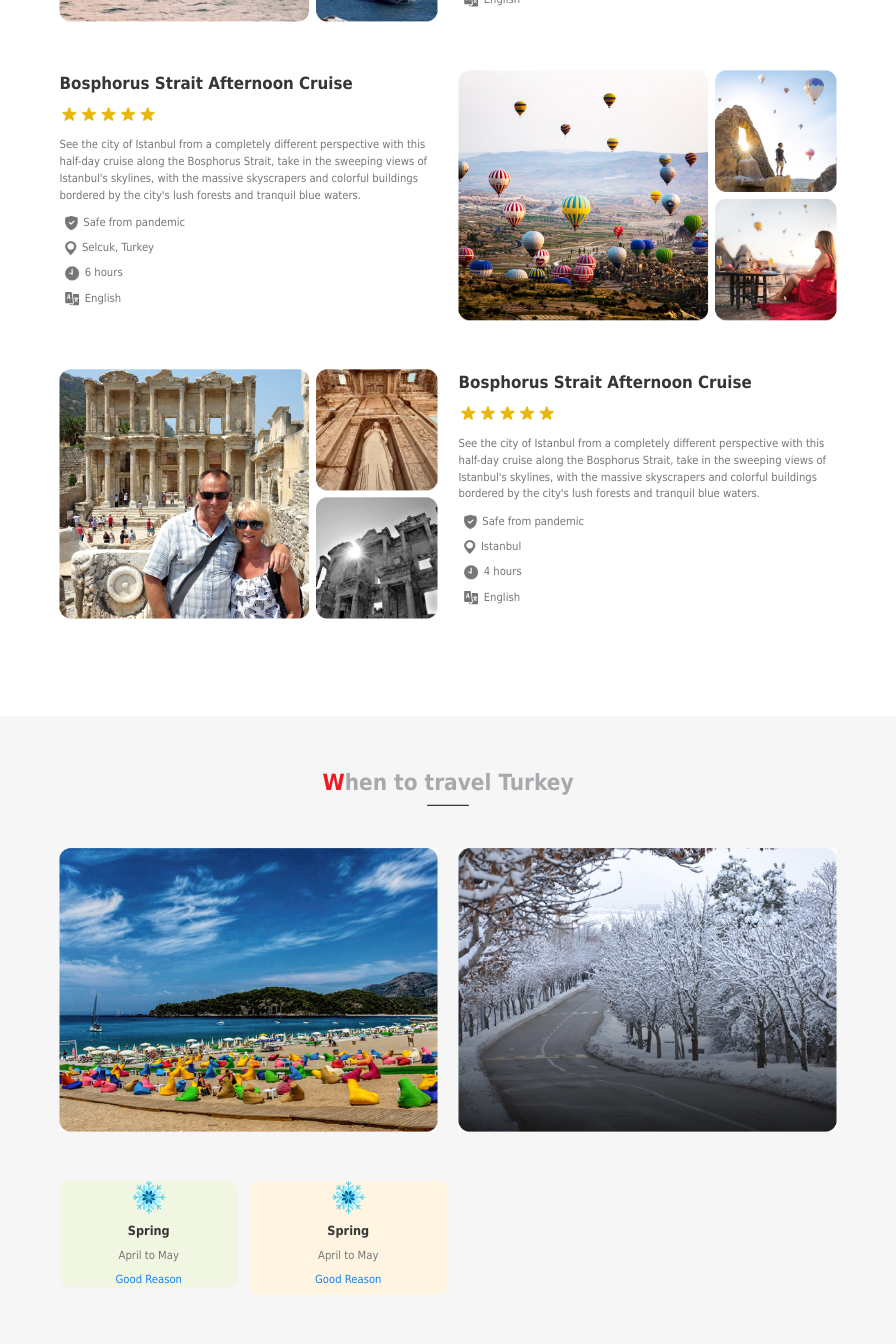
Repository: cvminhquan/turkey
Page: index.html
These files come from the project's save history. The page is drawn as it stood at one moment and after the next save; the edit follows.
The browser window is 1280 px wide. The pictures show the part of the page from y = 1841 to 3761 px (the page is 3761 px tall), at 70% of full size.
The style sheet was rebuilt from its Sass, Less or Tailwind sources for each picture, by a compiler version that may differ from the author's.

Above is the page before, as saved 2022-09-15 19:58:34.

After the next save:
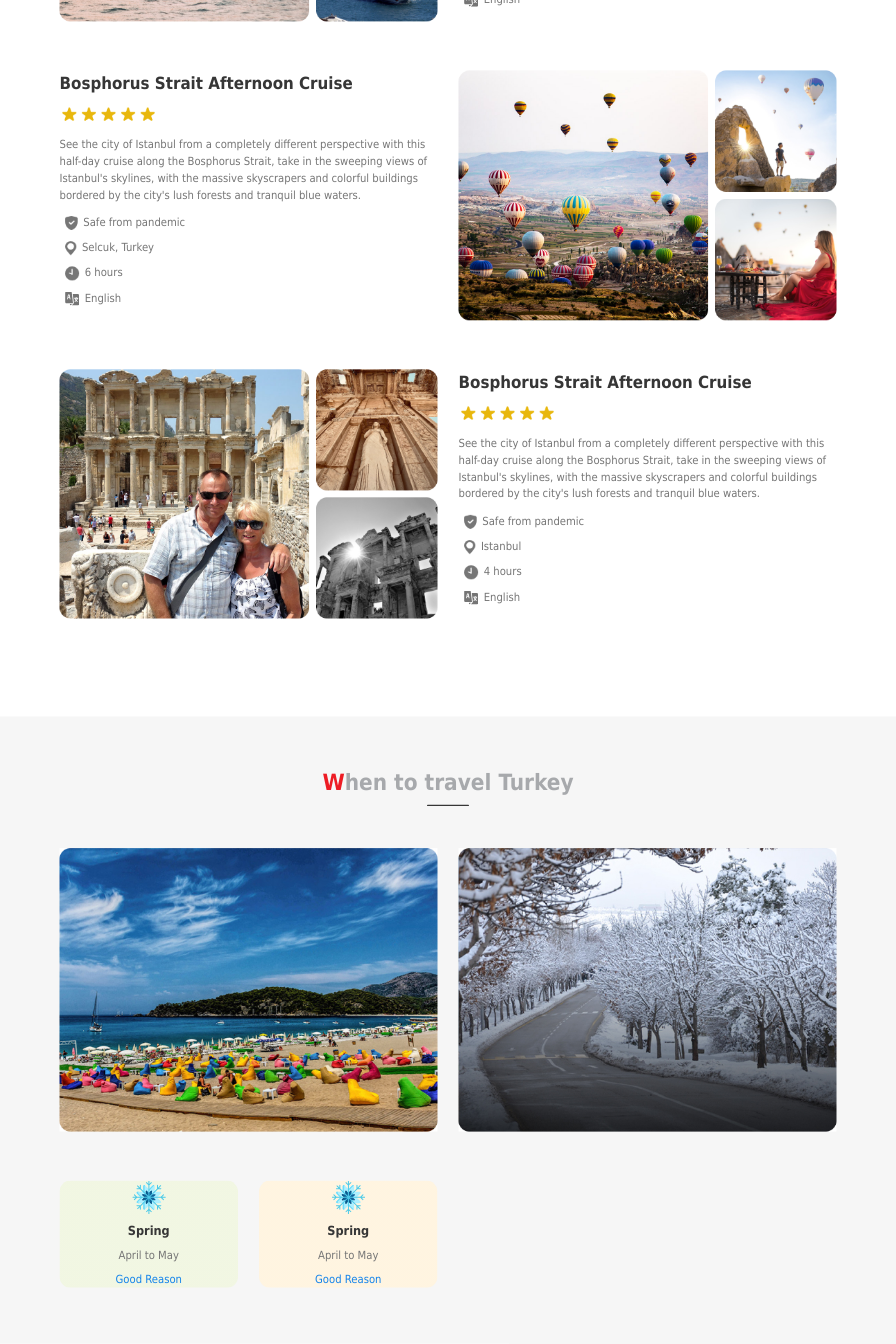
Saved 58 s later.
--- a/index.html
+++ b/index.html
@@ -202,13 +202,15 @@
                             <p class="text-status ">Good Reason</p>
                         </div>
                     </div>
-                    <div class="col-3 text-center bg-summer">
-                        <p class=" bdr text-center "><img src="./images/icon-snow.svg " alt=" "></p>
-                        <h2>Spring</h2>
-                        <p>
-                            <h3 class="text-month ">April to May</h3>
-                        </p>
-                        <p class="text-status ">Good Reason</p>
+                    <div class="col-3 text-center">
+                        <div class="bg-summer">
+                            <p class=" bdr text-center "><img src="./images/icon-snow.svg " alt=" "></p>
+                            <h2>Spring</h2>
+                            <p>
+                                <h3 class="text-month ">April to May</h3>
+                            </p>
+                            <p class="text-status ">Good Reason</p>
+                        </div>
                     </div>
                 </div>
             </div>
